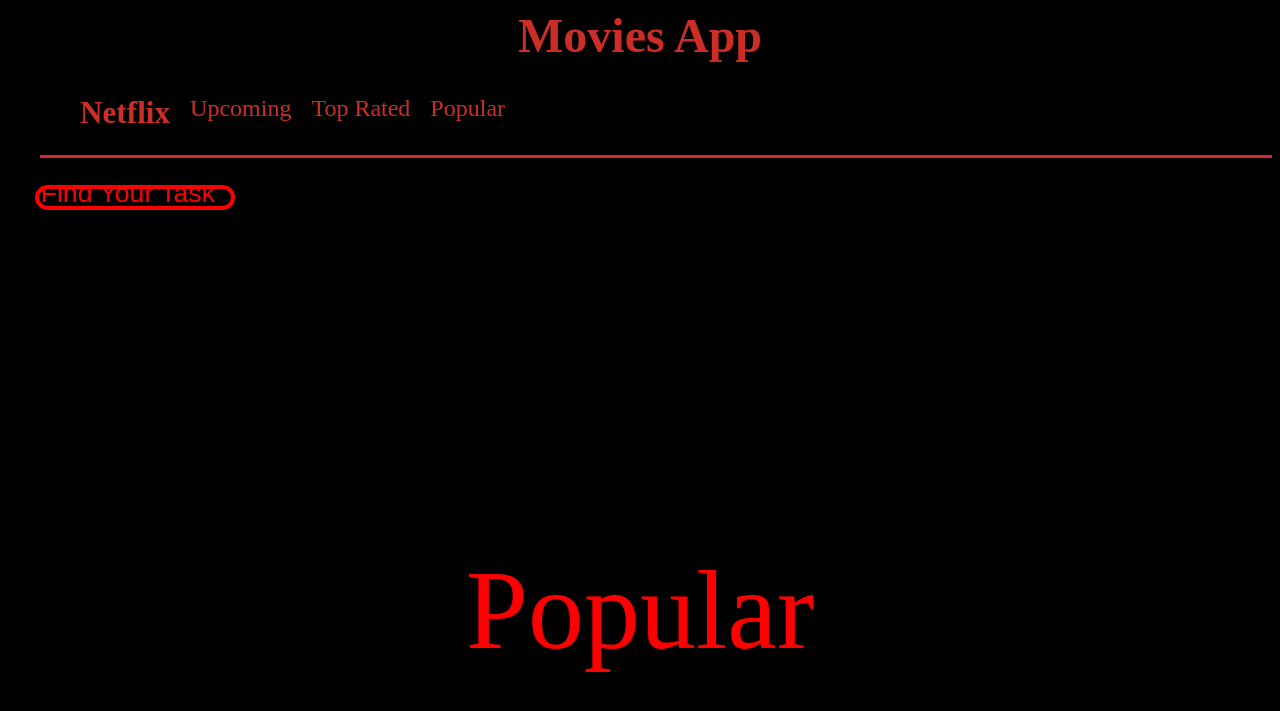
Repository: runner855/movie-app
Page: /popular
An editor plug-in stored every save of this project. The page is shown before and after the next save, followed by the edit.
The browser window is 1280 px wide. The pictures show the whole page.
The project was rebuilt for these pictures with package versions that can differ from the ones it lists, and the page was loaded fresh each time. Also part of the build but not shown: src/styles/TopRated.css, src/components/TopRated.tsx, src/styles/Upcoming.css, src/components/Upcoming.tsx.

Above is the page before, as saved 2022-11-16 17:37:01.

### src/index.tsx
import React from "react";
import ReactDOM from "react-dom/client";
import { BrowserRouter } from "react-router-dom";
import "./styles/index.css";
import { App } from "./components/App";

const root = ReactDOM.createRoot(
  document.getElementById("root") as HTMLElement
);
root.render(
  <React.StrictMode>
    <BrowserRouter>
      <App />
    </BrowserRouter>
  </React.StrictMode>
);

### src/styles/index.css
body {
  background-color: #000000;
}

code {
  font-family: source-code-pro, Menlo, Monaco, Consolas, "Courier New",
    monospace;
}

### src/components/App.tsx
import React from "react";
import "../styles/App.css";
import { BrowserRouter as Router, Routes, Route, Link } from "react-router-dom";

import { NavBar } from "../components/NavBar";
import { TopRated } from "../components/TopRated";
import { Upcoming } from "./Upcoming";
import { Popular } from "./Popular";
import { MoviesFilter } from "./MoviesFilter";

export const App = () => {
  return (
    <div className="App">
      <div className="title">Movies App</div>

      <NavBar />
      <MoviesFilter />

      <Routes>
        <Route path="/" element={<Upcoming />} />

        <Route path="/top-rated" element={<TopRated />} />
        <Route path="/popular" element={<Popular />} />
      </Routes>
    </div>
  );
};

### src/styles/App.css
.title {
  color: #cc2e25;
  text-align: center;
  font-weight: bold;
  font-size: 3em;
}

### src/components/NavBar.tsx
import * as React from "react";
import "../styles/NavBar.css";
import { Link } from "react-router-dom";

export const NavBar = () => {
  return (
    <header className="navbar">
      <nav>
        <ul>
          <li className="logo">Netflix</li>
          <li>
            <Link className="item" to="/">
              Upcoming
            </Link>
          </li>
          <li>
            <Link className="item" to="/top-rated">
              Top Rated
            </Link>
          </li>
          <li>
            <Link className="item" to="/popular">
              Popular
            </Link>
          </li>
        </ul>
      </nav>
    </header>
  );
};

### src/components/Popular.tsx
import * as React from "react";
import "../styles/Popular.css";

export const Popular = () => {
  return <div className="popular_page">Popular</div>;
};

### src/components/MoviesFilter.tsx
import * as React from "react";
import "../styles/MoviesFilter.css";

export const MoviesFilter = () => {
  return (
    <div className="movie_search">
      <input
        className="search-input"
        type="search"
        // onChange={(e) => setValue(e.target.value)}
        // value={value}
        placeholder={"Find Your Tasks"}
      />
    </div>
  );
};

### src/styles/NavBar.css
ul {
  text-align: left;
  list-style: none;
  font-size: 1.5em;
  display: flex;
}
ul li {
  margin-right: 20px;
  color: #cc2e25;
}

a {
  text-decoration: none;
}

a,
a:visited,
a:hover,
a:active {
  color: inherit;
}

.navbar {
  margin: 2em 0em 0em 2em;
}
a:hover {
  border-bottom: solid 3px #cc2e25;
}

.logo {
  font-weight: bold;
  font-size: 1.3em;
}

.navbar {
  border-bottom: #cc2e25 solid 0.2em;
}

### src/styles/Popular.css
.popular_page {
  color: red;
  text-align: center;
  margin-top: 3em;
  font-size: 7em;
}

### src/styles/MoviesFilter.css
.movie_search input {
  text-align: left;
  margin: 2em 0em 0em 2em;
}

input {
  border: solid red 0.3em;
  border-radius: 2em;
  background-color: #0000;
  width: 15em;
}

input::placeholder {
  color: red;
  font-size: 2em;
}

Loaded but not shown: public/index.html (common file)

After the next save:
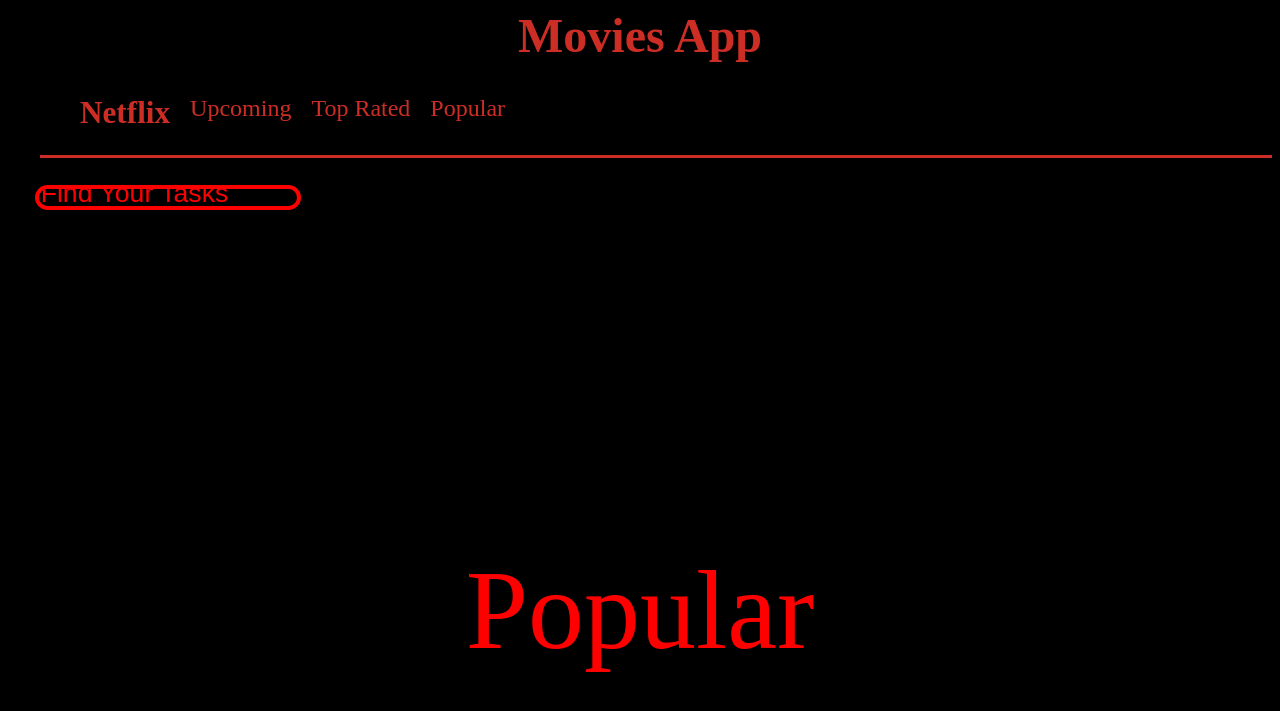
Saved 4 s later.
--- a/src/styles/MoviesFilter.css
+++ b/src/styles/MoviesFilter.css
@@ -7,7 +7,7 @@
   border: solid red 0.3em;
   border-radius: 2em;
   background-color: #0000;
-  width: 15em;
+  width: 20em;
 }
 
 input::placeholder {
